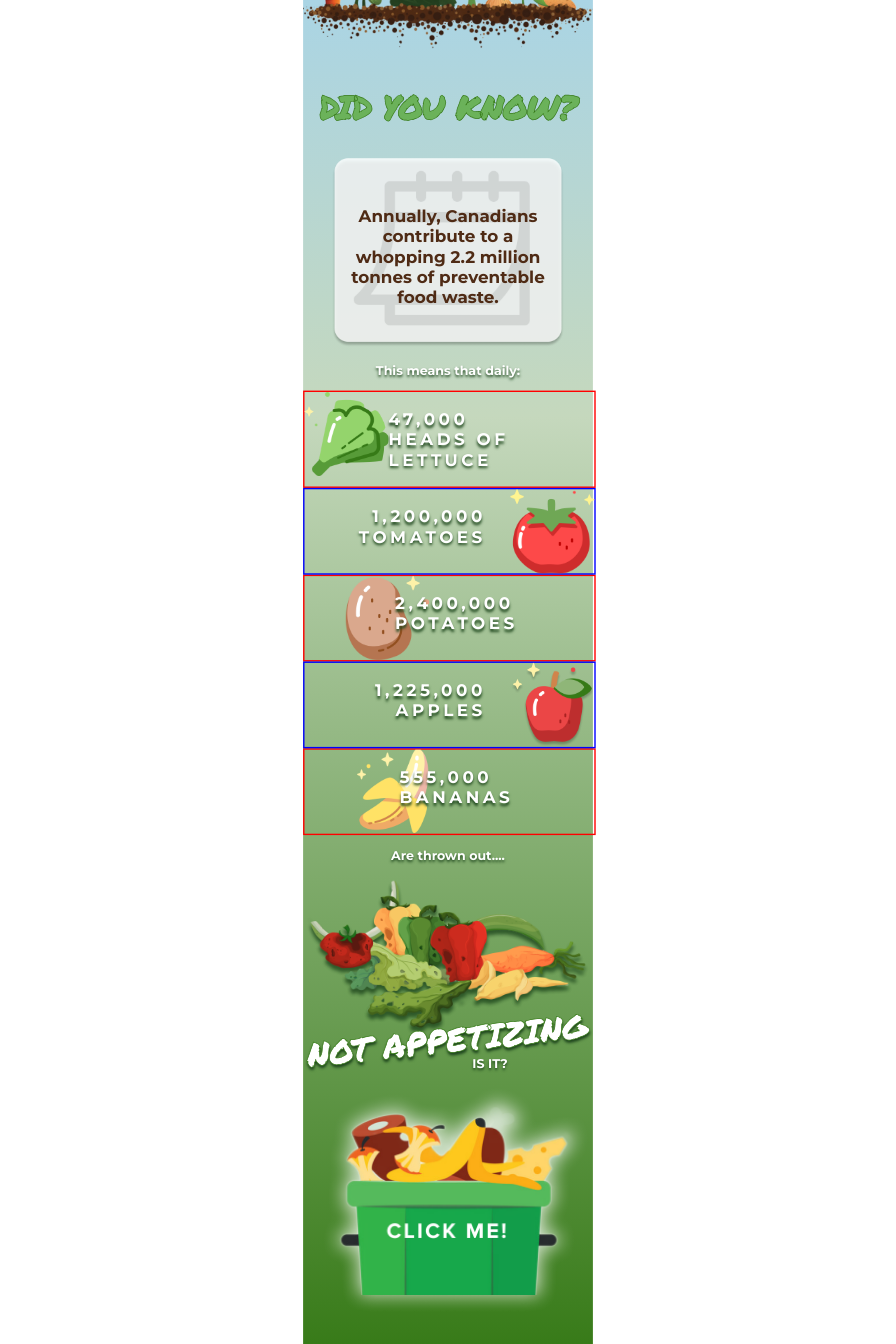
Repository: zoelake/DCDmidterm
Page: page1/index.html
The author's editor kept a copy of each file at every save. The page is drawn from the files as they stood at one save, then again after the next save.
The browser window is 1280 px wide. The pictures show the part of the page from y = 730 to 2650 px (the page is 2650 px tall), at 70% of full size.

Above is the page before, as saved 2021-03-05 20:52:23.

After the next save:
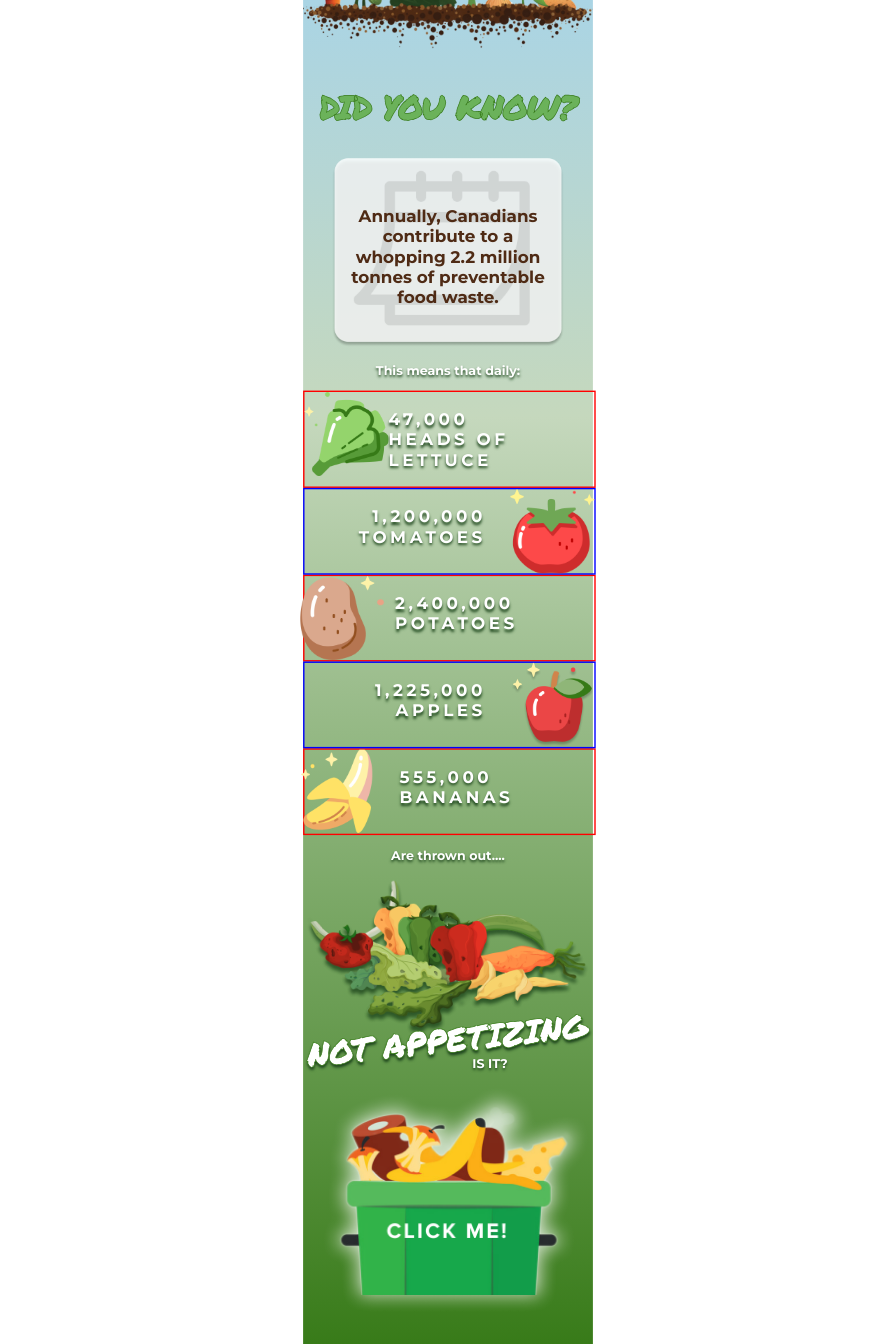
Saved 4 s later.
--- a/page1/style.css
+++ b/page1/style.css
@@ -123,10 +123,10 @@ p{
    text-align: right;
 }
 
-/* #banana {
+#banana {
     left: -80px;
 }
 
 #potatoe {
     left: -65px;
-} */
+}
